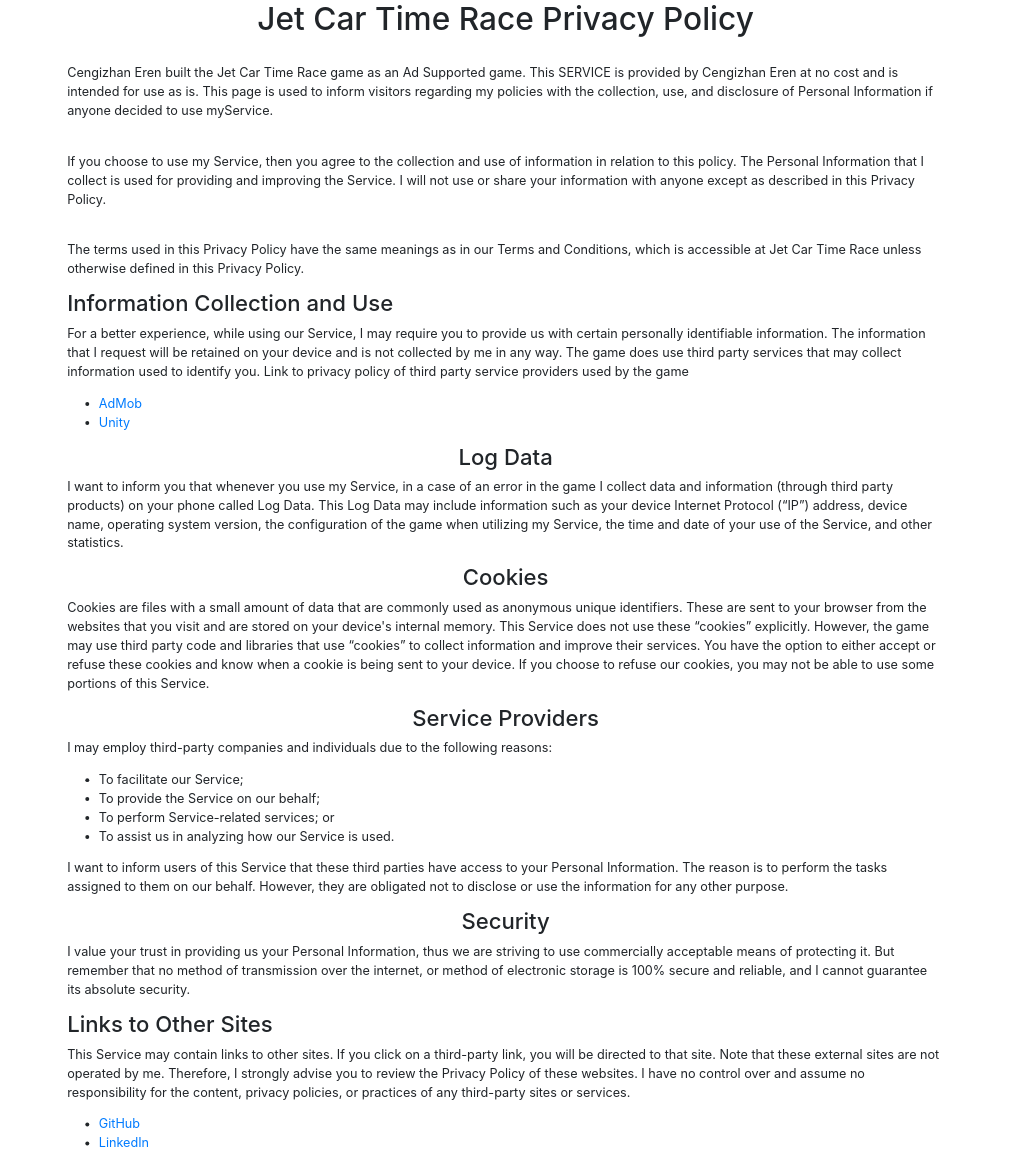
Repository: CengoCengo/cengocengo.github.io
Page: jetcartimeraceprivacypolicy.html
The author's editor kept a copy of each file at every save. The page is drawn from the files as they stood at one save, then again after the next save.
The browser window is 1280 px wide. The pictures show the whole page, at 79% of full size.

Above is the page before, as saved 2022-10-11 14:49:39.

After the next save:
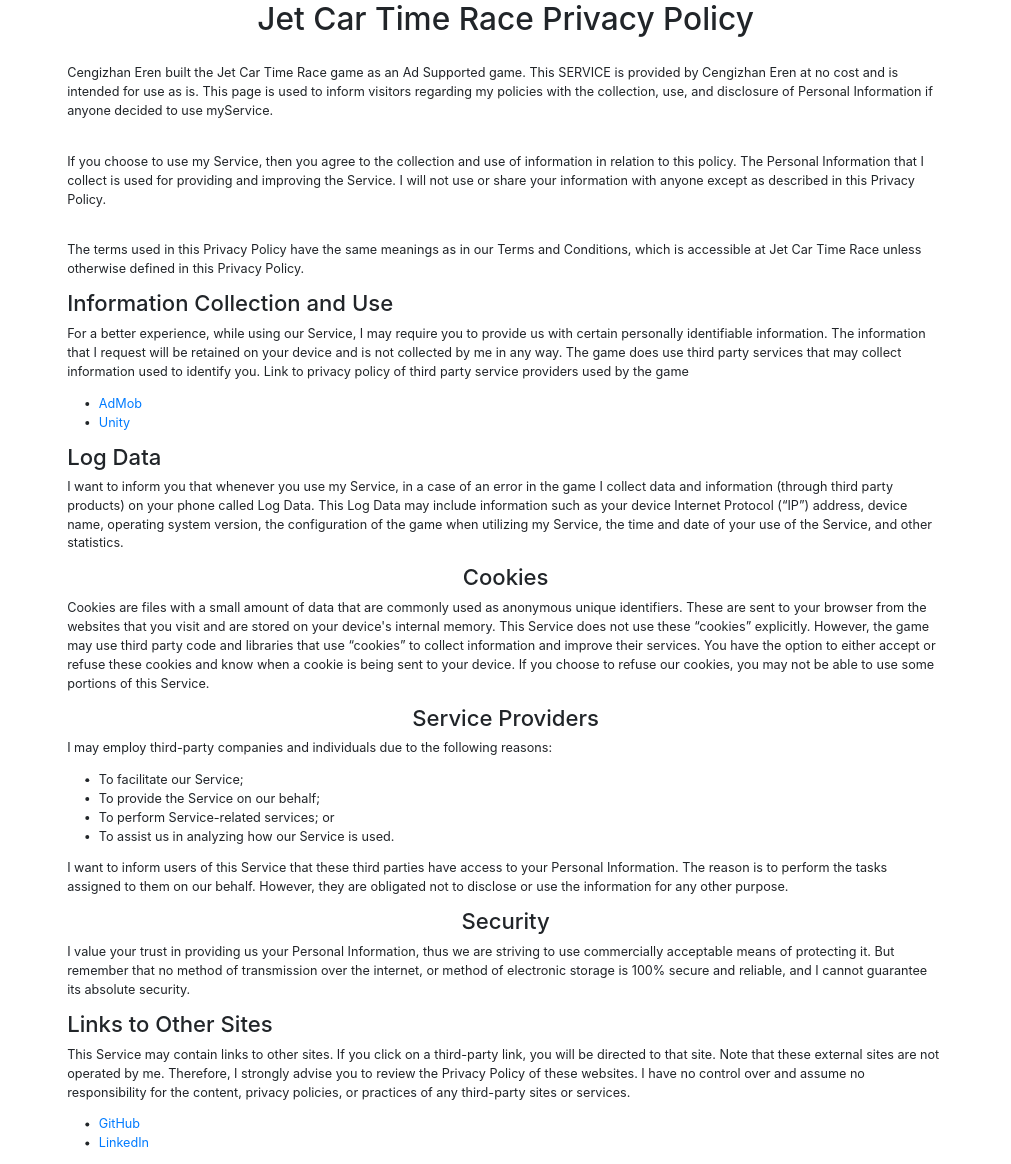
Saved 9 s later.
--- a/jetcartimeraceprivacypolicy.html
+++ b/jetcartimeraceprivacypolicy.html
@@ -59,7 +59,7 @@
 							<li><a href="https://unity.com/legal/privacy-policy" target="_blank" class="icon brands fa-linkedin"><span>Unity</span></a></li>
                         </ul>
 
-                        <h3 class="text-center">Log Data</h3>
+                        <h3>Log Data</h3>
                         <p>
                             I want to inform you that whenever you use my Service, in a case of an error in the game I collect data and information (through third party products)
 on your phone called Log Data. This Log Data may include information such as your device Internet Protocol (“IP”) address, device name, operating
